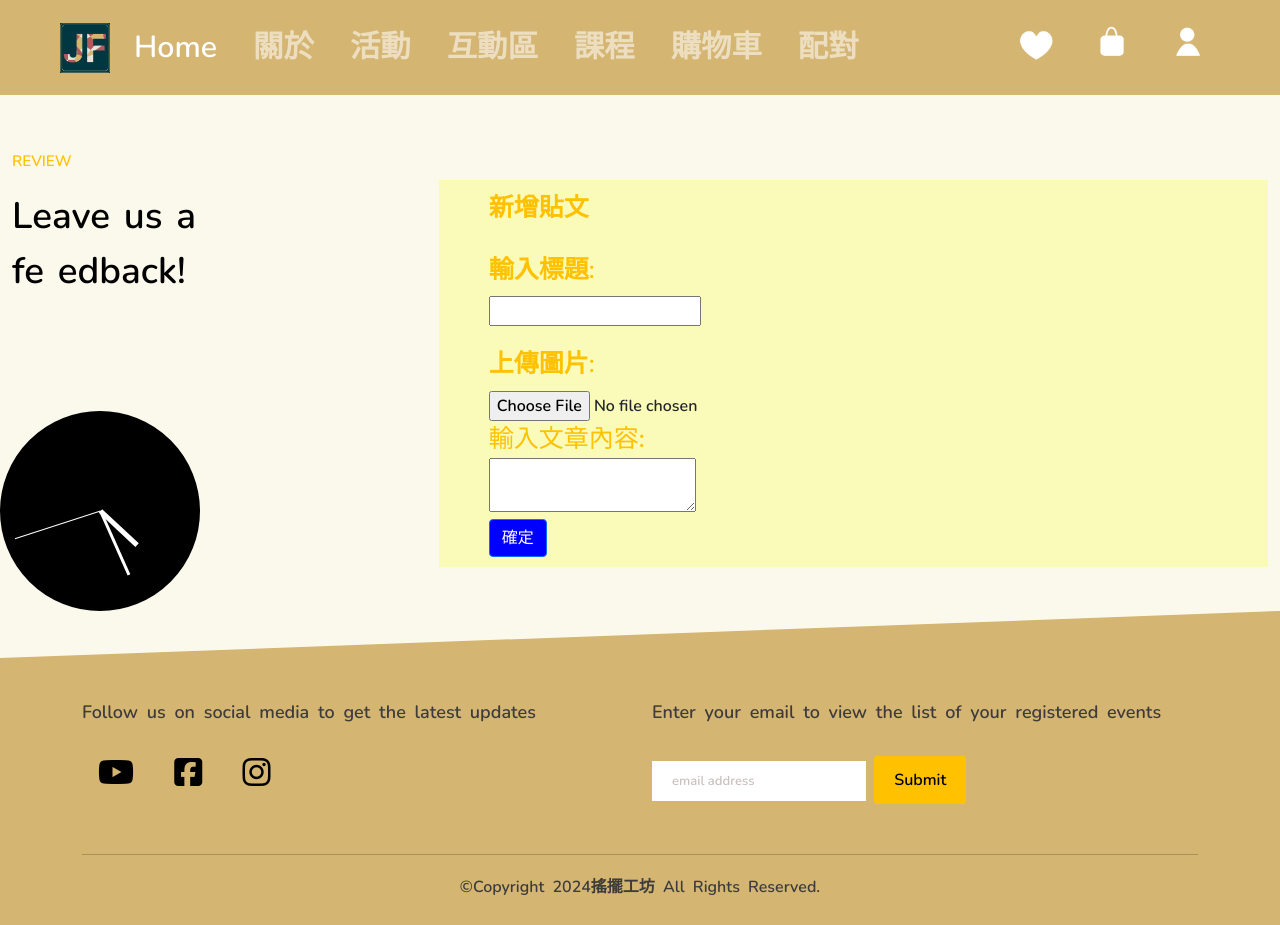
Repository: mmmooonnn0211/project
Page: workspace/demoSpringBoot-1/src/main/resources/static/html/LTInsertFront.html
An editor plug-in stored every save of this project. The page is shown before and after the next save, followed by the edit.
The browser window is 1280 px wide. The pictures show the whole page.
Some web libraries are served in a nearby version.

Above is the page before, as saved 2024-05-09 11:51:01.
Console error: ReferenceError: jQuery is not defined

### workspace/demoSpringBoot-1/src/main/resources/static/html/LTInsertFront.html
<!DOCTYPE html>
<html lang="en">

<head>
	<meta charset="UTF-8">
	<meta name="viewport" content="width=device-width, initial-scale=1.0">
	<style>
		.main {
			min-height: 55vh;
			/* 让 .slant 至少占据整个视口高度 */

		}

		.clock {
			width: 200px;
			height: 200px;
			border: 2px solid #000;
			border-radius: 50%;
			background-color: #000;
			position: relative;
			margin-top: -20%;
		}

		.hour,
		.minute,
		.second {
			position: absolute;
			background-color: white;
			transform-origin: bottom center;
			/* 將旋轉的中心設置為底部中心 */
		}

		.hour {
			width: 5px;
			height: 50px;
			left: calc(50% - 2.5px);
			/* 計算時鐘中心 */
			bottom: 50%;
			background-color: white;
			/* 時針顏色：紅色 */
		}

		.minute {
			width: 3px;
			height: 70px;
			left: calc(50% - 1.5px);
			/* 計算時鐘中心 */
			bottom: 50%;
			background-color: white;
			/* 分針顏色：藍色 */
		}

		.second {
			width: 1px;
			height: 90px;
			left: calc(50% - 0.5px);
			/* 計算時鐘中心 */
			bottom: 50%;
			background-color: white;
			/* 秒針顏色：綠色 */
		}
	</style>
	<!-- Bootstrap CSS -->
	<link href="https://cdn.jsdelivr.net/npm/bootstrap@5.0.0-beta3/dist/css/bootstrap.min.css" rel="stylesheet"
		integrity="sha384-eOJMYsd53ii+scO/bJGFsiCZc+5NDVN2yr8+0RDqr0Ql0h+rP48ckxlpbzKgwra6" crossorigin="anonymous">
	<script src="https://kit.fontawesome.com/4287c80df9.js" crossorigin="anonymous"></script>

	<!--Google Font : Nunito-->
	<link rel="preconnect" href="https://fonts.gstatic.com">
	<link href="https://fonts.googleapis.com/css2?family=Nunito:wght@600&display=swap" rel="stylesheet">

	<!-- For style(All CSS content) -->
	<link rel="stylesheet" type="text/css" href="../styles/home.css" />
	<link rel="stylesheet" type="text/css" href="../styles/footer.css" />
	<link rel="stylesheet" type="text/css" href="../styles/navbar.css" />
	<link rel="icon" href="images/favicon.ico">

	<!-- JS Bundle for BS  -->
	<script src="https://cdn.jsdelivr.net/npm/popper.js@1.16.1/dist/umd/popper.min.js"
		integrity="sha384-9/reFTGAW83EW2RDu2S0VKaIzap3H66lZH81PoYlFhbGU+6BZp6G7niu735Sk7lN" crossorigin="anonymous">
		</script>

</head>


<body>



	</div>
	<!-- <section> -->
	<div class="main">
		<form method="post" action=" /LTinsertFront.controller" enctype="multipart/form-data"
			onsubmit="return validateForm();">
			<div class="container-fluid" style="margin-top: 150px;">
				<div class="row" style="margin-bottom: 100px; margin-top: 100px;">
					<div class="col-md-4" style="text-align: left;">
						<p class="review">REVIEW</p>
						<p class="feedback">Leave us a <br>fe edback!</p>
					</div>
					<div class="col-sm-8">
						<div class="container" id="cards" style="  background-color:rgb(250, 250, 185)">
							<div class="" style="margin: auto;">
								<div id="sugg" class="neon-yellow" style="font-weight: bold; font-size: 25px; ">新增貼文
								</div>
								<br>
								<div id="text" class="neon-yellow" style=" font-size: 25px;">輸入標題:
								</div>
								<div style="height:50px; ">
									<input id="title" name="title" style="width: auto;" ; />
								</div>
								<div id="text" class="neon-yellow" style="font-weight: bold; font-size: 25px;">上傳圖片:
								</div>
								<input type="file" id="picture" name="picture" />

								<div id="picture" class="neon-yellow" style="font-size:25px; ">
									輸入文章內容:
								</div>
								<textarea id="content" name="content"></textarea>

								<div>
									<button type="submit" class="btn btn-primary"
										style="background-color:blue">確定</button>
								</div>
							</div>
						</div>
					</div>
				</div>
			</div>
		</form>
		<div class="container text-center">

		</div>
	</div>




	<div class="container">
	</div>


	<script>

		fetch('basic.html')
			.then(response => response.text())
			.then(html => {
				document.body.innerHTML += html;
			});

	</script>
	<div id="clock"></div>

	<div class="clock" id="clock">
		<div class="hour" id="hour"></div>
		<div class="minute" id="minute"></div>
		<div class="second" id="second"></div>
	</div>

	<script>
		function updateClock() {
			var now = new Date();
			var hours = now.getHours();
			var minutes = now.getMinutes();
			var seconds = now.getSeconds();

			var hourDeg = (hours % 12) * 30 + minutes * 0.5; // 一小時30度，一分鐘0.5度
			var minuteDeg = minutes * 6; // 一分鐘6度
			var secondDeg = seconds * 6; // 一秒鐘6度

			document.getElementById('hour').style.transform = 'rotate(' + hourDeg + 'deg)';
			document.getElementById('minute').style.transform = 'rotate(' + minuteDeg + 'deg)';
			document.getElementById('second').style.transform = 'rotate(' + secondDeg + 'deg)';
		}

		// 每秒更新一次時間
		setInterval(updateClock, 1000);

		// 初始化頁面時立即更新時間
		updateClock();
	</script>
	<script type="text/javascript" charset="utf8"
		src="https://cdn.datatables.net/1.11.5/js/jquery.dataTables.js"></script>
	<script src="https://cdn.jsdelivr.net/npm/bootstrap@5.0.0-beta3/dist/js/bootstrap.bundle.min.js"
		integrity="sha384-JEW9xMcG8R+pH31jmWH6WWP0WintQrMb4s7ZOdauHnUtxwoG2vI5DkLtS3qm9Ekf" crossorigin="anonymous">
		</script>

</body>

</html>

### workspace/demoSpringBoot-1/src/main/resources/static/styles/home.css
/* hiding vertical scroll bar from every page */
::-webkit-scrollbar {
  width: 0 !important
}




body {
  font-family: 'Nunito', sans-serif;
  background-color: #FBF8EC;
  word-spacing: 0.25rem;
}

::selection {
  color: black;
  background: #ffc100;
}

::placeholder {
  color: rgb(202, 192, 192);
}

.neon-yellow {
  color: #ffc100;
}

.working-heading {
  font-size: 2.3rem;
  font-weight: bold;
  color: black;
}


.date-style {
  font-weight: 850;
  padding: 0 0 0.3rem 0;
}

.sub-heading {
  font-size: 1.5rem;
  font-weight: 1000;
  padding: 0 0 0.3rem 0;
}

.small-subtext {
  color: black;
  font-weight: 700;
  font-size: 1rem;
}

.process-heading {
  font-weight: 1000;
  font-size: 0.95rem;
}

.eng,
.feedback,
.some {
  font-size: 2.3rem;
  font-weight: 1000;
  color: black;
}

.center-line {
  border-left: 0.58rem solid #ffc100;
  height: 110%;
  position: absolute;
  top: 0%;
  left: 0%;
}

.padding-for-mobile {
  padding: 0 1rem 2rem 4rem;
  text-align: left;
  /*background-color:  white;*/
}

.stickyy-corner {
  position: -webkit-sticky;
  position: sticky;
  top: 0;
}

.timeline-left-style {
  color: black;
  text-align: right;
  padding: 0 4rem 0 5.2rem;
}

.timeline-right-style {
  color: black;
  text-align: left;
  position: relative;
  padding: 0 5.2rem 0 4rem;
  overflow-y: hidden;
}

.d-block {
  margin-top: 2%;
  border-radius: 7px;
  border: 3px solid rgb(245, 241, 241);
  width: 100%;
}

.chess,
.review,
.event {
  color: #ffc100;
  font-weight: 850;
  font-size: 0.95rem;
}


#text {
  font-weight: 850;
  font-size: 0.75rem;
  margin-bottom: 7px;
}

#sugg {
  font-size: 1.5rem;
  font-weight: 1000;
}

#btn {
  background-color: #ffc100;
  color: rgb(0, 0, 0);
  padding: 10px 20px;
  text-align: center;
  border: none;
  border-radius: 3px;
  display: block;
  margin: auto;
  margin-top: 15px;
  font-weight: bold;
}


#box,
#msg {
  background-color: #DDDDDD;
  border-radius: 3.5px;
  border: none;
  margin-bottom: 12px;
  width: 100%;
}

#msg {
  height: 120px;
}

#box {
  height: 35px;
}

#spon {
  color: black;
  margin-top: 60px;
  display: flex;
  justify-content: space-evenly;
  align-items: center;
  font-weight: bold;
  margin-bottom: 20px;
}

.image {
  height: 100px;
}

.image3 {
  height: 250px;
  overflow-y: hidden;
}

.pic1,
.pic2 {
  font-weight: bold;
  font-size: medium;
}

.pic1 {
  margin-top: 20px;
}

.column {
  display: flex;
  flex-direction: column;
  justify-content: space-evenly;
  align-items: center;
}

.columns {
  display: flex;
  flex-direction: column;
  justify-content: center;
  align-items: flex-start;
}

.pic2 {
  color: gray;
  font-size: small;
}

.event,
.some,
.last,
.pic,
.pic1,
.pic2 {
  display: flex;
  justify-content: space-evenly;
  align-items: center;
}

.subhead {
  color: black;
  font-size: 3rem;
  overflow-y: hidden;
}

.active {
  color: #ffc100;
}

.active:hover {
  color: #ffc100;
}

p {
  color: black;
}

.title-img {
  width: 25%;
  margin-left: 8%;
  transform: rotate(10deg);
}

.hover {
  color: #ffc100;
}

.title-img3 {
  width: 25%;
  transform: rotate(-10deg);
}

.title-img2 {
  width: 35%;
  padding-right: 5%;
  padding-left: 5%;


}

.carousel-img-styles {
  border: 0.13rem solid black;
  border-radius: 1rem;
}

h1 {
  font-size: 5rem;
  line-height: 1.5;
  font-weight: 900;
}

#title {
  margin-bottom: 11rem;
}

.col-lg-3 {
  padding-left: 3rem;
}

.ex-btn {
  margin-top: 2.5rem;
  margin-bottom: 30px;
}

.carousel-container {
  width: 55%;
}

#cards {
  padding: 10px 50px;
}

.card {
  background-color: black;
  border-radius: 10px;
  /* display: block;
    margin: auto;
    font: 16px;
    width:55%; */
  padding: 30px 20px;

}

@media only screen and (max-width: 767px) {
  .small-subtext {
    font-size: 0.8rem;
  }

  .padding-for-mobile {
    padding: 0 0 4rem 2rem;
  }

  /*
  .sticky-corner {
    position: static;
  }
  */
  #cards {
    padding: 0px 20px;
  }


  .sub-heading {
    font-size: 1.3rem;
  }

  .process-heading {
    font-size: 0.85rem;
  }

  .working-heading {
    font-size: 1.5rem;
  }

  .timeline-left-style {
    padding: 0 2.5rem 0 3rem;
  }

  .timeline-right-style {
    padding: 0 3rem 0 2.5rem;
  }

  #spon {
    font-size: 1.5rem;
  }

  .some,
  .eng,
  .feedback {
    font-size: 1.5rem;
  }

  .card {
    width: 100%;
  }

  .pic {
    flex-direction: column;
  }

  .carousel-container {
    width: 85%;
  }
}

@media only screen and (max-width: 575px) {

  .title-img,
  .title-img3 {
    display: none;
  }

  .title-img2 {
    display: block;
    margin: auto;
    width: 100%;
    padding: 50px;
  }
}

@media only screen and (max-width: 375px) {


  .date-style {
    font-size: 0.8rem;
  }

  .sub-heading {
    font-size: 0.9rem;
  }

  .small-subtext {
    font-size: 0.7rem;
  }

  .timeline-left-style {
    padding: 0 1.6rem 0 2rem;
  }

  .timeline-right-style {
    padding: 0 2rem 0 2rem;
  }
}

### workspace/demoSpringBoot-1/src/main/resources/static/styles/footer.css
/*
hiding vertical scroll bar from every page
*/
::-webkit-scrollbar {
    width: 0 !important
}




.slant {
    /* width: 110%;
    background-color: #DDDDDD;
    transform: rotate(-3deg);
    height: 100px; */
    clip-path: polygon(0 15%, 100% 0, 100% 100%, 0 100%);
  }

  .container{
    margin-top: 30px;
  }

  .left, .right {
    font-size: large;
    font-weight: bold;
    margin-top: 50px;
    color: rgb(61, 59, 59);
    margin-bottom: 30px;
  }

  .below {
    background-color:#D4B572;
    position: relative;
    padding-top: 8px;
    padding-bottom: 6px;
    width: 100%;
    height: 100%;
  }

  #mail {
    border: none;
    height: 30px;
    padding: 20px;
    font-size: small;
    font-weight: bold;
  }

  #bttn {
    background-color: #ffc100;
    color: black;
    padding: 12px 20px;
    text-align: center;
    border: none;
    border-radius: 3px;
    font-weight: bold;
  }


  .fa-youtube:hover{
    color: rgb(230, 59, 59);
    transition: 0.5s;
  }

  .fa-twitter:hover, .fa-facebook-square:hover{
    color: rgba(18, 212, 212, 0.596);
    transition: 0.5s;
  }

  .fa-instagram:hover{
    color: rgb(218, 30, 61);
    transition: 0.5s;
  }

  .fa-github{
    color: rgb(43, 36, 36);
    transition: 0.5s;
  }

  .fab {
    padding: 0 1rem 0 1rem;
    font-size: 2rem;
    color: black;
  }

  .last {
    font-weight: 900;
    color: rgb(61, 59, 59);
    margin: 20px;
    display: flex;
  justify-content: space-evenly;
  align-items: center;
  }

  @media only screen and (max-width: 767px) {
    .slant{
      clip-path: polygon(0 5%, 100% 0, 100% 100%, 0 100%);
    }
  }

  @media only screen and (max-width: 375px) {
    .slant{
      clip-path: polygon(0 5%, 100% 0, 100% 100%, 0 100%);
    }
  }

### workspace/demoSpringBoot-1/src/main/resources/static/styles/navbar.css
/* 鼠標移動導覽列*/
.nav-item :hover {
  color: rgb(255, 128, 128);
  cursor: pointer;
  background-color: #B15A5E;
  border-radius: 10px;
}

.navbar a {
  color: #ff2600a2;
  border-radius: 10px;
}


.navbar {
  padding: 1rem 2rem;
  position: fixed;
  z-index: 100;
  width: 100%;
  margin: 0;
  top: 0;
  left: 0;
  background-color: #D4B572;
}

.nav-item {
  padding: 0 20px 0 0;
}

.nav-link {
  font-size: 1.9rem;
  font-weight: 900;

}


.dropdown-item,
.dropdown-menu {
  background-color: #B15A5E;
  color: #BF3F41;
  ;
  margin: 0;
}






.dropdown-menu a {
  color: white;
  ;
  text-decoration: none;
  display: block;
  text-align: left;
}

### workspace/demoSpringBoot-1/src/main/resources/static/html/basic.html
<!doctype html>
<html lang="en">

<head>
    <!-- Required meta tags -->
    <meta charset="utf-8">
    <meta name="viewport" content="width=device-width, initial-scale=1">




    <title>JFSwing</title>
</head>

<body>

    <!-- Shashank's Section -->
    <!-- <section class="title"> -->
    <!-- Navbar section -->
    <nav class="navbar navbar-expand-lg navbar-dark">
        <!-- <LOGO> -->
        <div class="container-fluid">
            <div width="50px" height="50px">
                <a class="m-3" href="index.html"> <img src="../images/LOGO.png" width="50px" height="50px"
                        alt="Eternals">
                </a>
                <button class="navbar-toggler" type="button" data-bs-toggle="collapse" data-bs-target="#navbarCollapse"
                    aria-controls="navbarCollapse" aria-expanded="false" aria-label="Toggle navigation">
                    <span class="navbar-toggler-icon"></span>
                </button>
            </div>
            <div class="collapse navbar-collapse" id="navbarCollapse">
                <ul class="navbar-nav ">
                    <li class="nav-item">
                        <a class="nav-link active" href="frontPage.html">Home </a>
                    </li>
                    <li class="nav-item">
                        <a class="nav-link" href="about.html">關於</a>
                    </li>
                    <li class="nav-item">
                        <a class="nav-link" href="EventAll.html">活動</a>
                    </li>
                    <li class="nav-item">
                        <a class="nav-link" href="/LTSelectAll2">互動區</a>
                    </li>
                    <li class="nav-item">
                        <a class="nav-link" href="contact.html">課程</a>
                    </li>
                    <li class="nav-item">
                        <a class="nav-link" href="">購物車</a>
                    </li>
                    <li class="nav-item">
                        <a class="nav-link" href="">配對</a>
                    </li>

                </ul>

            </div>

            <!-- <右上角的東西> -->
            <div class="navbar-nav justify-content-end">
                <ul class="navbar-nav">
                    <li class="nav-item">
                        <div class="m-2 rounded-circle overflow-hidden align-self-center ratio ratio-1x1"
                            style="width: 40px">
                            <img src="../images/LOVE.png" alt="" class="object-fit-cover w-100 h-100" />
                        </div>
                    </li>
                    <li class="nav-item">
                        <div class="m-2 rounded-circle overflow-hidden align-self-center ratio ratio-1x1"
                            style="width: 40px">
                            <img src="../images/SHOP.png" alt="" class="object-fit-cover w-100 h-100" />
                        </div>
                    </li>
                    <li class="nav-item">
                        <a href="#" target="_blank"
                            class="m-2 rounded-circle overflow-hidden align-self-center ratio ratio-1x1"
                            style="width: 40px; display: inline-block;">
                            <img src="../images/MAN.png" alt="Facebook" class="object-fit-cover w-100 h-100" />
                        </a>
                    </li>

                </ul>

            </div>
        </div>
    </nav>

    <!-- Title -->
    <!-- <中間> -->



    <!-- footer-->
    <div class="slant footer-content mt-auto">

        <footer class="below">
            <div class="container">
                <div class="row">
                    <div class="col-lg-6">
                        <p class="left">Follow us on social media to get the latest updates</p>
                        <a href="#"><i class="fab fa-youtube"></i></a>
                        <a href="https://www.facebook.com/apple.hi.77?mibextid=kFxxJD"><i
                                class="fab fa-facebook-square"></i></a>
                        <a href="#"><i class="fab fa-instagram"></i></a>

                    </div>
                    <div class="col-lg-6">
                        <p class="right">Enter your email to view the list of your registered events</p>
                        <input id="mail" placeholder="email address">
                        <span><button id="bttn">
                                Submit </button></span>
                    </div>
                </div>
                <hr style="margin-top: 50px;">
            </div>
            <div class="last">&copy;Copyright 2024搖擺工坊 All Rights Reserved.</div>
        </footer>

    </div>



</body>

</html>

After the next save:
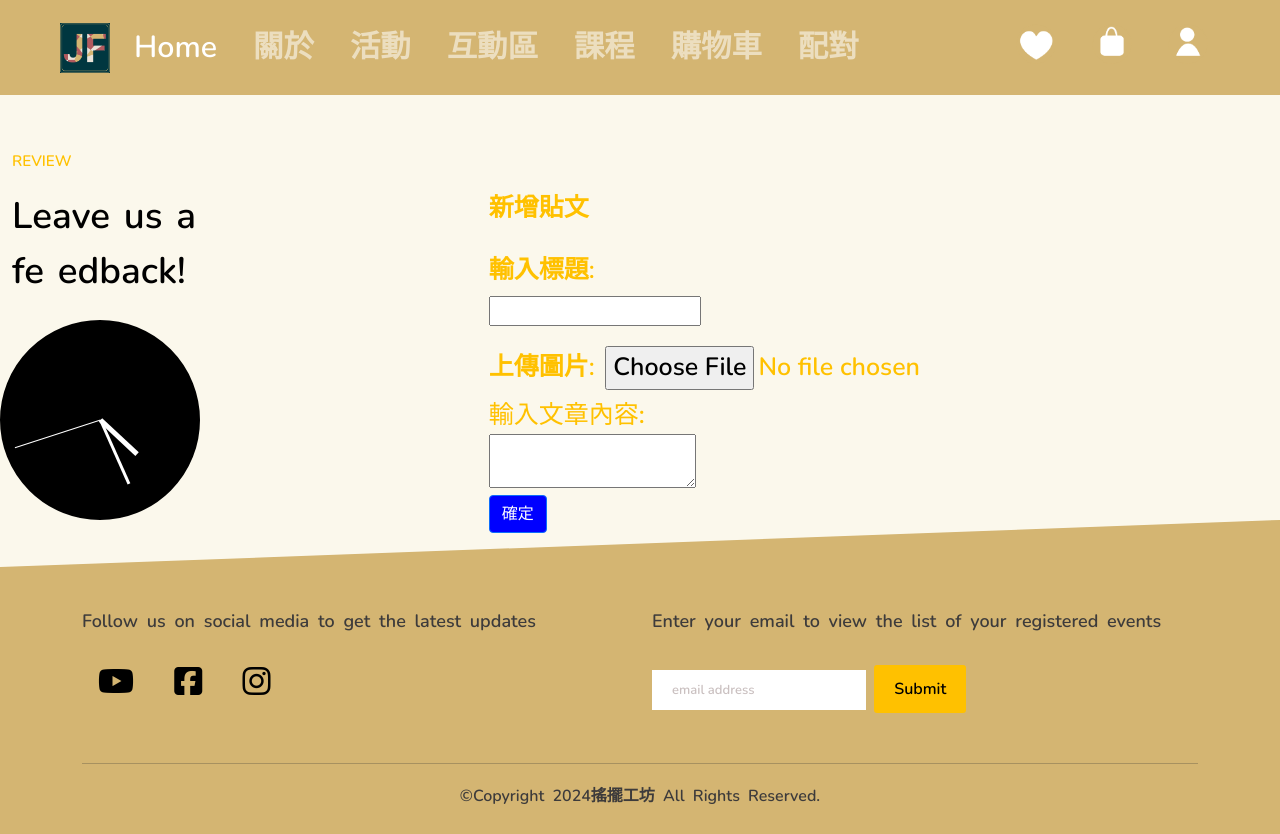
Saved 115 min 5 s later.
--- a/workspace/demoSpringBoot-1/src/main/resources/static/html/LTInsertFront.html
+++ b/workspace/demoSpringBoot-1/src/main/resources/static/html/LTInsertFront.html
@@ -99,7 +99,7 @@
 						<p class="feedback">Leave us a <br>fe edback!</p>
 					</div>
 					<div class="col-sm-8">
-						<div class="container" id="cards" style="  background-color:rgb(250, 250, 185)">
+						<div class="container" id="cards" style="  background-color:rgxb(250, 250, 185)">
 							<div class="" style="margin: auto;">
 								<div id="sugg" class="neon-yellow" style="font-weight: bold; font-size: 25px; ">新增貼文
 								</div>
@@ -110,8 +110,8 @@
 									<input id="title" name="title" style="width: auto;" ; />
 								</div>
 								<div id="text" class="neon-yellow" style="font-weight: bold; font-size: 25px;">上傳圖片:
+									<input type="file" id="picture" name="picture" />
 								</div>
-								<input type="file" id="picture" name="picture" />
 
 								<div id="picture" class="neon-yellow" style="font-size:25px; ">
 									輸入文章內容:
